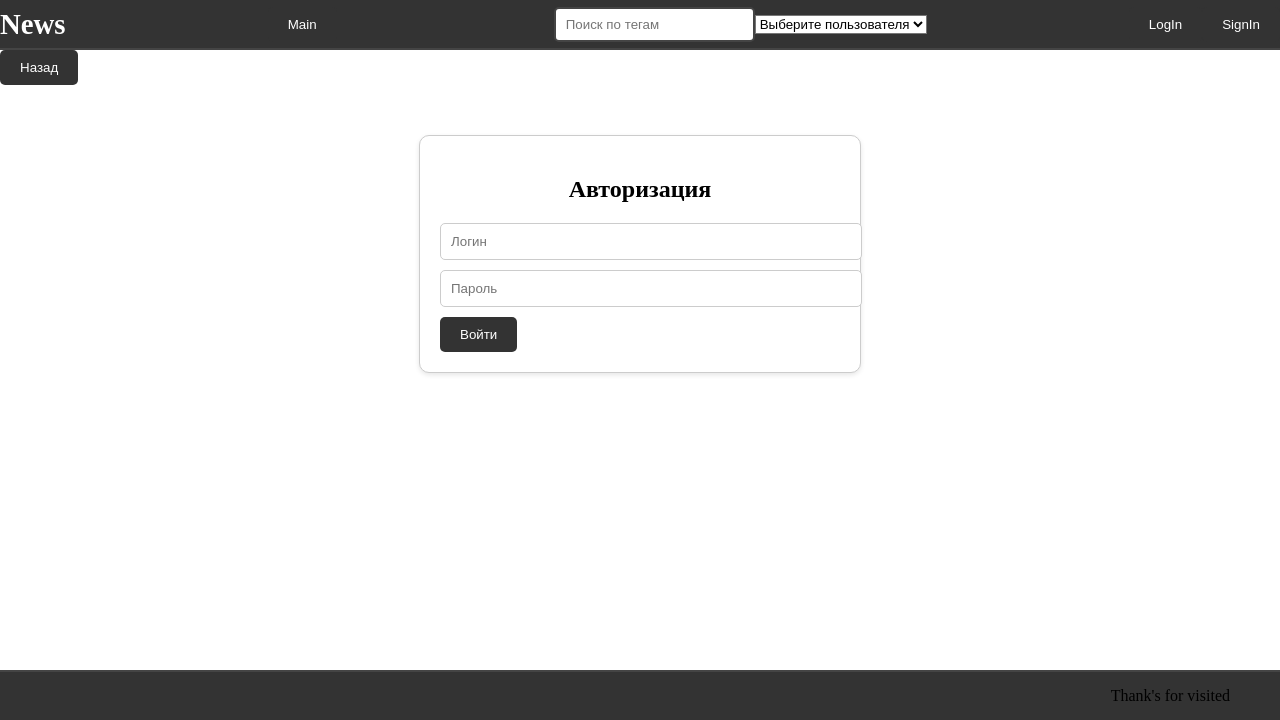
Repository: Igor-Blazhko/news_frontend
Page: /LogIn
These files come from the project's save history. The page is drawn as it stood at one moment and after the next save; the edit follows.
The browser window is 1280 px wide. The pictures show the whole page.
The project was rebuilt for these pictures with package versions that can differ from the ones it lists, and the page was loaded fresh each time. Also part of the build but not shown: vite.config.ts, src/components/allPost/onePost/onePost.module.css, src/components/allPost/onePost/onePost.tsx, src/components/allPost/allPost.tsx, src/components/auth/register/register.tsx, src/components/pageOnePost/comments/comment.tsx, src/components/pageOnePost/comments/comments.tsx, src/components/pageOnePost/OnePost.tsx.

Above is the page before, as saved 2024-07-15 09:50:19.

### src/App.tsx
import Header from './components/header/header'
import AllPost from './components/allPost/allPost'
import Footer from './components/footer/footer'
import LogIn from './components/auth/logIn/login'
import { Page } from './types'
import SignIn from './components/auth/register/register'
import { BrowserRouter, Route, Routes } from 'react-router-dom'
import OnePost from './components/pageOnePost/OnePost'
import { Provider } from 'react-redux'
import { store } from './store'
import { QueryClient, QueryClientProvider } from '@tanstack/react-query'



const queryClient = new QueryClient();

function App() {

  return (
    <Provider store={store}>
      <QueryClientProvider client={queryClient}>
        <BrowserRouter>
        <Header></Header>
          <Routes>
            <Route path="*" element ={ <AllPost/> }/>
            <Route path={Page.LogIn} element ={ <LogIn/> }/>
            <Route path={Page.SignIn} element ={ <SignIn/> }/>
            <Route path={Page.OnePost+'/:id'} element ={ <OnePost/> }/>
          </Routes>
        </BrowserRouter>
        <Footer></Footer>
      </QueryClientProvider>
    </Provider>
  )
}

export default App

### src/index.css
body{
  margin: 0;
  padding: 0;
  width: 100vw;
  min-height: 100vh;
  overflow-x: hidden;
}

main{
  height: calc(100vh - 100px);
}

### src/components/header/header.tsx

import { Link } from 'react-router-dom';
import { Page } from '../../types';
import Button from '../simplyComponents/button/button';
import styles from './header.module.css'
import { ChangeEventHandler, ReactEventHandler, useEffect, useState } from 'react';
import { User } from '../pageOnePost/types/types';
import { useDispatch, useSelector } from 'react-redux';
import { States } from '../../store';
import cooks from '../../basefunction';
import ButtonAuth  from './buttonAuth/buttonAuth';


export default function Header() {
    const [users, setUsers] = useState([ {
        id: 1,
        name: 'igor',
        sername: 'Blazhko',
        login: 'user1',
    }])
    const [change, setChange] = useState(false)
    const [log, setLog] = useState(cooks.getCookie('JWT_token'))


    const filter = useSelector( (state:States) => state.tagfilter)
    const userfilter = useSelector( (state:States) => state.userfilter)
    const JWT = useSelector( (state:States) => state.JWT)
    const dispatch = useDispatch()

    useEffect(() => {
        const users = [
            {
                id: 1,
                name: 'igor',
                sername: 'Blazhko',
                login: 'user1',
            },
            {
                id: 2,
                name: 'igor',
                sername: 'Tokin',
                login: 'user2',
            },
            {
                id: 3,
                name: 'igor',
                sername: 'Lankin',
                login: 'user3',
            },
        ];
        setUsers(users);
        setLog(JWT)
    },[])

    function changeFilter(event:React.ChangeEvent<HTMLInputElement>){
        dispatch({
            type:'Filter',
            buffer: event.target.value,
        })
    }

    function changeUser(event) {
        dispatch({
            type:'setUserFilter',
            userId: +event.target.value,
        })
        if ( +event.target.value ) setChange(true)
        else setChange(false)
    }

    return (
        <header className={styles.header}>
            <div className={styles.logo}>
                News
            </div>
            <nav>
                <Link to="">
                    <Button>Main</Button>
                </Link>
            </nav>
            <div className={styles.filter}>
                <input type="text" placeholder="Поиск по тегам" onChange={changeFilter}/>
                <select onChange={changeUser} defaultValue="option0">
                    <option value="0">
                        { change? 'Cбросить фильтрацию': 'Выберите пользователя'}
                    </option>
                    {
                        users.map((user:User)=> <option key = {user.id} value={user.id}>{user.name} {user.sername}</option>)
                    }
                </select>
                </div>


                <ButtonAuth/>
        </header>
    )
}

### src/components/footer/footer.tsx
import styles from './footer.module.css'

export default function Footer(){
    return(
        <footer className={styles.footer}>
            <div className={styles.text}>Thank's for visited</div>
        </footer>
    )
}

### src/components/auth/logIn/login.tsx
import styles from './login.module.css'
import Button from '../../simplyComponents/button/button'
import { Link, Navigate, redirect, useNavigate } from 'react-router-dom'
import { useRef, useState } from 'react'
import { User } from '../../pageOnePost/types/types'
import SERVER from '../../../dataServer'
import { useDispatch, useSelector } from 'react-redux'
import { States } from '../../../store'
import { Page } from '../../../types'

export default function LogIn(){
    const navigate = useNavigate();
    const [error, setError] = useState({
        status: 200,
        message: '',
        name: '',
    })
    const inpLogin = useRef()
    const inpPass = useRef()
    const JWT = useSelector( (state:States) => state.JWT)
    const dispatch = useDispatch()


    function Log(event){
        event.preventDefault()
        if (!(inpPass.current && inpLogin.current)){
            return
        }
        const body = {
                login: inpLogin.current.value,
                password: inpPass.current.value
        }
       sendUser(body)

    }

    async function sendUser(body) {
        const response = await fetch(SERVER.POST.login, {
            method: 'POST',
            headers:{
                Accept: 'application/json',
                'Content-Type': 'application/json',
            },
            body: JSON.stringify(body)
        })
        const token = await response.json()
        if( 'access_token' in token){
            dispatch({
                type: 'SetJWT',
                JWT: token['access_token'],
            })
            navigate(Page.AllPost)
        }
        else if ( 'status' in token)
            setError(token)
    }
    return (
        <main>
                <Link to="/">
                    <Button>Назад</Button>
                </Link>

            <form className={styles.auth_form}>
                <h2>Авторизация</h2>
                <input type="text" placeholder="Логин" ref={inpLogin} />
                <input type="password" placeholder="Пароль" ref={inpPass}/>
                <Button onClick={Log}>Войти</Button>
            </form>
            { (error.status>=300)? <div> {error.message} </div>: null }
        </main>
    )
}

### src/types.ts
export const enum Page {
    LogIn = 'LogIn',
    SignIn = 'SignIn',
    AllPost = 'AllPost',
    OnePost = 'OnePost',
}

export class ObjectToken {
    private readonly access_token:string;
    constructor(access_token:string){
        this.access_token = access_token;
    }
}

export class HTTPExeption{
    private readonly response:string;
    private readonly status:number;
    private readonly message:string;
    private readonly name:string;
    constructor(response:string, status:number, message:string, name:string){
        this.response = response;
        this.status = status;
        this.message = message;
        this.name = name;
    }
}

### src/store.ts
import { createStore } from '@reduxjs/toolkit'
import cooks from './basefunction';

export interface States{
  tagfilter: string[],
  userfilter: number,
  JWT:string|undefined,
}

const defaultState:States = {
  tagfilter: [],
  userfilter: 0,
  JWT: cooks.getJWT(),
}

type Action = {
  type:string,
  buffer?:string,
  userId?:number,
  JWT?:string,
}
const reducer = (state = defaultState, action:Action) => {
  switch (action.type){
    case 'Filter':
      if (( 'buffer' in action) && (action.buffer !== undefined)) {
        const arr = action.buffer.split(' ');
        state = {...state,
          tagfilter: arr,
        }
      }
      return state;
    case 'setUserFilter':
      if (( 'userId' in action) && (action.userId !== undefined)) {
        state = {...state,
          userfilter: action.userId,
        }
      }
      return state
    case 'SetJWT':
      if ( ('JWT' in action) && (action.JWT !== undefined) ){
        state = {...state,
          JWT: action.JWT,
        }
        cooks.LogIn(action.JWT)
      // document.cookie = `JWT_token=${action.JWT}`
      }
      return state;
    case 'DelJwt':
      state = {
        ...state,
        JWT:'',
      }
      return state;
    default:
      return state;
  }
}

export const store = createStore(reducer)

### src/components/simplyComponents/button/button.tsx
import { MouseEventHandler, ReactNode } from 'react'
import styles from './button.module.css'
type Button = {
    text?:string,
    children?:ReactNode
    onClick?:MouseEventHandler<HTMLButtonElement>
}

export default function Button(props:Button){

    return(
        <button className={styles.button} onClick={props.onClick}>{props.children}</button>
    )
}

### src/components/header/header.module.css
header {
    background-color: #333;
    display: flex;
    justify-content: space-between;
    align-items: center;
    border-bottom: 2px solid #444;
    box-sizing: border-box;
    min-height: 50px;
}

.logo {
    font-size: 1.8em;
    font-weight: bold;
    color: #fff;
}



  .filter {
    display: flex;
    align-items: center;
  }

  .filter input,
  .filterselect {
    padding: 8px 10px;
    margin-left: 15px;
    border: 2px solid #444;
    border-radius: 5px;
    transition: border-color 0.3s ease;
  }

  .filter input:focus,
  .filter select:focus {
    border-color: #888;
  }

  .filter select {
    background-color: #fff;
}

### src/basefunction.ts
import { useDispatch } from "react-redux";

class Cookie {
    getCookie(name:string) {
        let matches = document.cookie.match(new RegExp(
          "(?:^|; )" + name.replace(/([\.$?*|{}\(\)\[\]\\\/\+^])/g, '\\$1') + "=([^;]*)"
        ));
        return matches ? decodeURIComponent(matches[1]) : undefined;
    }

    setCookie(name:string, value:string, options = {}) {

        options = {
          path: '/',
          // при необходимости добавьте другие значения по умолчанию
          ...options
        };

        if (options.expires instanceof Date) {
          options.expires = options.expires.toUTCString();
        }

        let updatedCookie = encodeURIComponent(name) + "=" + encodeURIComponent(value);

        for (let optionKey in options) {
          updatedCookie += "; " + optionKey;
          let optionValue = options[optionKey];
          if (optionValue !== true) {
            updatedCookie += "=" + optionValue;
          }
        }

        document.cookie = updatedCookie;
    }

    deleteCookie(name:string) {
        this.setCookie(name, "", {
          'max-age': -1
        })
    }

    getJWT(){
        return this.getCookie('JWT_token')
    }

    LogIn(token:string){
        this.setCookie('JWT_token', token, {
            'max-age': 3600
          } )
    }

    LogOut(){
        this.setCookie('JWT_token', '', {
            'max-age': 3600
          } )
    }
}
const cooks = new Cookie()
export default cooks

### src/components/header/buttonAuth/buttonAuth.tsx
import { useDispatch, useSelector } from "react-redux"
import { States } from "../../../store"
import cooks from "../../../basefunction";
import Button from "../../simplyComponents/button/button";
import { Link } from "react-router-dom";
import { Page } from "../../../types";

export default function ButtonAuth(){

    const JWT = useSelector( (state:States) => state.JWT);
    const dispatch = useDispatch();

    function LogOut(){
        cooks.LogOut()
        dispatch({
            type: 'DelJwt',
        })
    }

    return (
        <>
            {
                JWT?
                <div className="auth">
                    <Button onClick={LogOut}>LogOut</Button>
                </div>
                :
                <div className="auth">
                    <Link to={Page.LogIn}>
                        <Button>LogIn</Button>
                    </Link>
                    <Link to={Page.SignIn}>
                        <Button>SignIn</Button>
                    </Link>
                </div>
                }
        </>
    )
}

### src/components/allPost/allPost.module.css

main {
    display: flex;
    flex-direction: column;
    row-gap: 25px;
  }

### src/components/footer/footer.module.css
footer {
    width: 100vw;
    background-color: #333;
    min-height: 50px;
    border-top: 2px solid #444;
    display: flex;
    justify-content: flex-end;
    align-items: center;
    box-sizing: border-box;
}

.text{
    margin-right: 50px;
}

### src/components/auth/logIn/login.module.css
.auth_form {
    background-color: #fff;
    padding: 20px;
    border: 1px solid #ccc;
    border-radius: 10px;
    max-width: 400px;
    margin: 50px auto;
    box-shadow: 0 2px 5px rgba(0,0,0,0.1);
    animation: slideIn 0.5s ease-in-out;
  }

  .auth_form h2 {
    text-align: center;
    margin-bottom: 20px;
    font-size: 1.5em;
  }

  .auth_form input {
    width: 100%;
    padding: 10px;
    margin-bottom: 10px;
    border: 1px solid #ccc;
    border-radius: 5px;
    transition: border-color 0.3s ease;
  }

  .auth_form input:focus {
    border-color: #888;
  }

.red{
  border: 2px solid red;
  background-color: rgba(245, 0, 0, 0.555);
}

### src/dataServer.ts


const SERVER = {
    base: 'http://192.168.3.37:5000/',
    POST: {
        register: 'http://127.0.0.1:5000/auth/registration',
        login: 'http://127.0.0.1:5000/auth/login',
    }
}
export default SERVER;

### src/components/pageOnePost/OnePost.module.css
main{
  display: block;
}
.post_content_full {
    display: flex;
    flex-direction: column;
    align-items: center;
    text-align: center;
    animation: slideIn 0.5s ease-in-out;
  }

  .post_image {
    width: 150px;
    height: 150px;
    margin-bottom: 20px;
  }

  .post_title_full {
    font-size: 2em;
    margin-bottom: 20px;
  }

  .post_text_full {
    font-size: 1.2em;
    margin-bottom: 40px;
  }

  .comments {
    background-color: #fff;
    padding: 20px;
    border: 1px solid #ccc;
    border-radius: 10px;
    margin-top: 20px;
  }



  .comments h3 {
    font-size: 1.5em;
    margin-bottom: 10px;
  }

  .comment {
    margin-bottom: 10px;
    padding: 10px;
    border: 1px solid #ccc;
    border-radius: 5px;
    background-color: #fafafa;
  }

  .comment p {
    font-size: 1.2em;
  }

  .comment_form {
    margin-top: 20px;
  }

  .comment_form textarea {
    width: 100%;
    padding: 10px;
    margin-bottom: 10px;
    border: 1px solid #ccc;
    border-radius: 5px;
    resize: vertical;
    transition: border-color 0.3s ease;
  }

  .comment_form textarea:focus {
    border-color: #888;
  }

  .comment_form button {
    padding: 10px;
    border: none;
    border-radius: 5px;
    background-color: #333;
    color: #fff;
    cursor: pointer;
    transition: background-color 0.3s ease, transform 0.3s ease;
  }

  .comment_form button:hover {
    background-color: #444;
    transform: translateY(-3px);
  }

### src/components/simplyComponents/button/button.module.css
.button {
    padding: 10px 20px;
    background-color: #333;
    color: #fff;
    border: none;
    border-radius: 5px;
    cursor: pointer;
    transition: background-color 0.3s ease, transform 0.3s ease;
    text-decoration: none;
}

.button:hover {
    background-color: #444;
    transform: translateY(-3px);
}

Loaded but not shown: index.html (common file); src/main.tsx (common file)

After the next save:
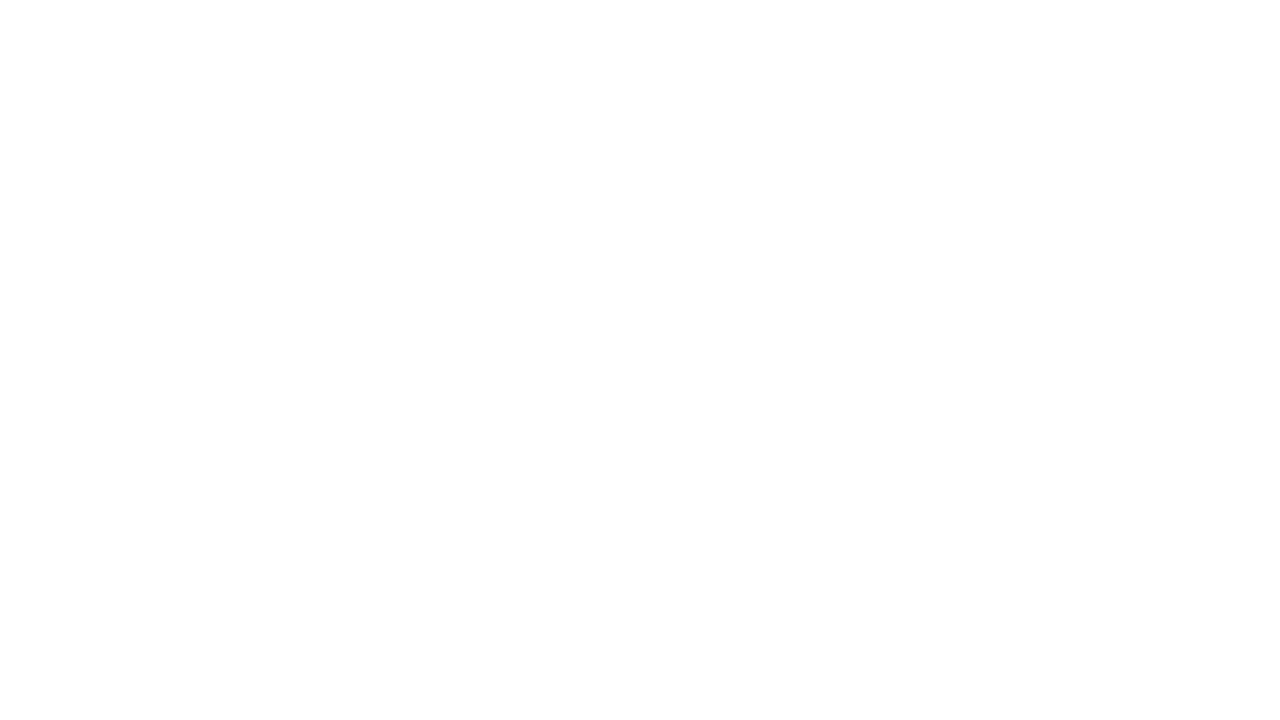
Console error: ReferenceError: JWT is not defined
Saved 8 s later.
--- a/src/components/header/header.tsx
+++ b/src/components/header/header.tsx
@@ -24,7 +24,6 @@
 
     const filter = useSelector( (state:States) => state.tagfilter)
     const userfilter = useSelector( (state:States) => state.userfilter)
-    const JWT = useSelector( (state:States) => state.JWT)
     const dispatch = useDispatch()
 
     useEffect(() => {

After the save that followed:
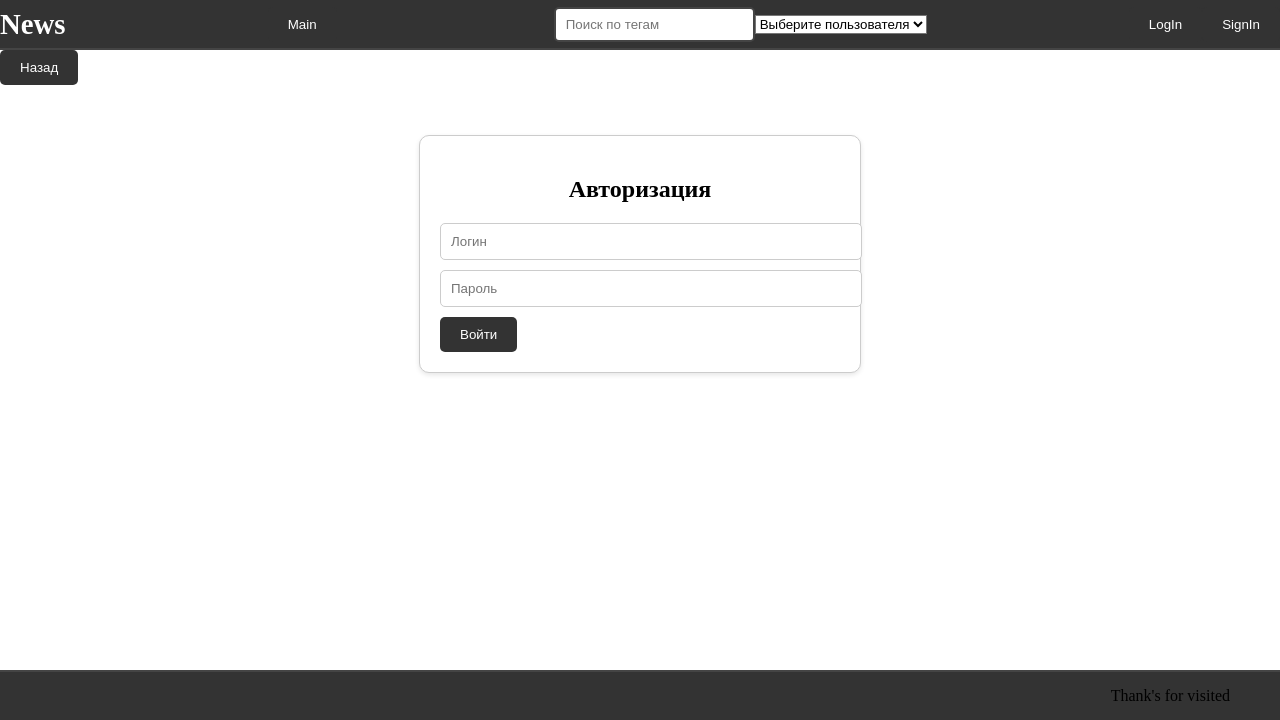
The error is gone.
Saved 6 s later.
--- a/src/components/header/header.tsx
+++ b/src/components/header/header.tsx
@@ -24,6 +24,7 @@
 
     const filter = useSelector( (state:States) => state.tagfilter)
     const userfilter = useSelector( (state:States) => state.userfilter)
+    const JWT = useSelector( (state:States) => state.JWT)
     const dispatch = useDispatch()
 
     useEffect(() => {
